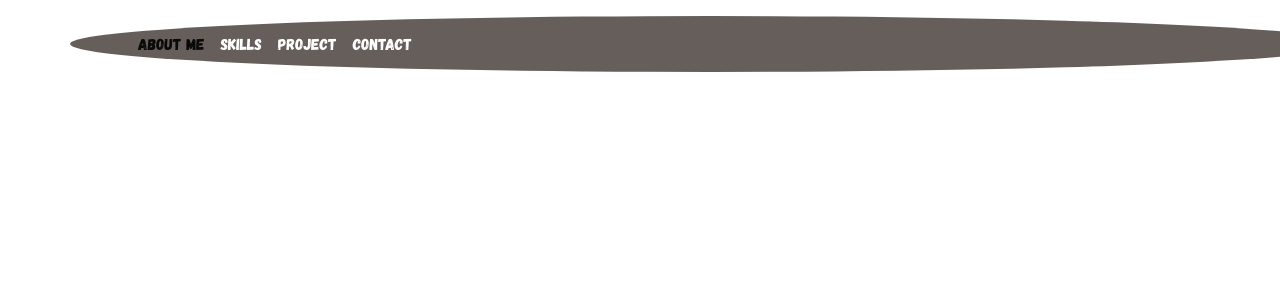
Repository: zetta-muhammad-asyrofuddien/Html-Css-ZettaCAmp
Page: Day1/Portofolio/index.html
An editor plug-in stored every save of this project. The page is shown before and after the next save, followed by the edit.
The browser window is 1280 px wide. The pictures show the whole page.

Above is the page before, as saved 2023-07-05 02:53:10.

After the next save:
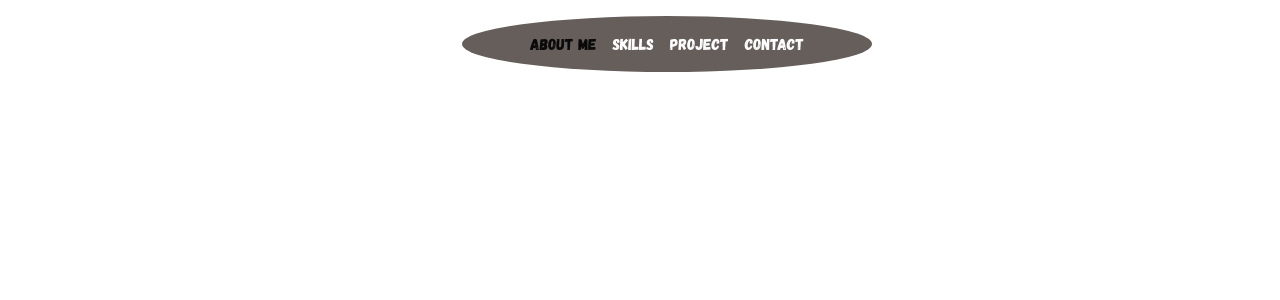
Saved 10 s later.
--- a/Day1/Portofolio/index.html
+++ b/Day1/Portofolio/index.html
@@ -11,27 +11,29 @@
     <div class="container">
       <div class="row">
         <div class="col-lg-4"></div>
-        <nav class="navbar navbar-expand-lg mt-3 px-5">
-          <div class="container-fluid">
-            <div class="collapse navbar-collapse" id="navbarNav">
-              <ul class="navbar-nav">
-                <li class="nav-item">
-                  <a class="nav-link active" aria-current="page" href="#">About Me</a>
-                </li>
-                <li class="nav-item">
-                  <a class="nav-link" href="#">Skills</a>
-                </li>
-                <li class="nav-item">
-                  <a class="nav-link" href="#">Project</a>
-                </li>
-                <li class="nav-item">
-                  <a class="nav-link" href="#">Contact</a>
-                </li>
-              </ul>
+        <div class="col-lg-4">
+          <nav class="navbar navbar-expand-lg mt-3 px-5">
+            <div class="container-fluid">
+              <div class="collapse navbar-collapse" id="navbarNav">
+                <ul class="navbar-nav">
+                  <li class="nav-item">
+                    <a class="nav-link active" aria-current="page" href="#">About Me</a>
+                  </li>
+                  <li class="nav-item">
+                    <a class="nav-link" href="#">Skills</a>
+                  </li>
+                  <li class="nav-item">
+                    <a class="nav-link" href="#">Project</a>
+                  </li>
+                  <li class="nav-item">
+                    <a class="nav-link" href="#">Contact</a>
+                  </li>
+                </ul>
+              </div>
             </div>
-          </div>
-        </nav>
-        <div class="col-lg-4"></div>
+          </nav>
+          <div class="col-lg-4"></div>
+        </div>
       </div>
     </div>
 
